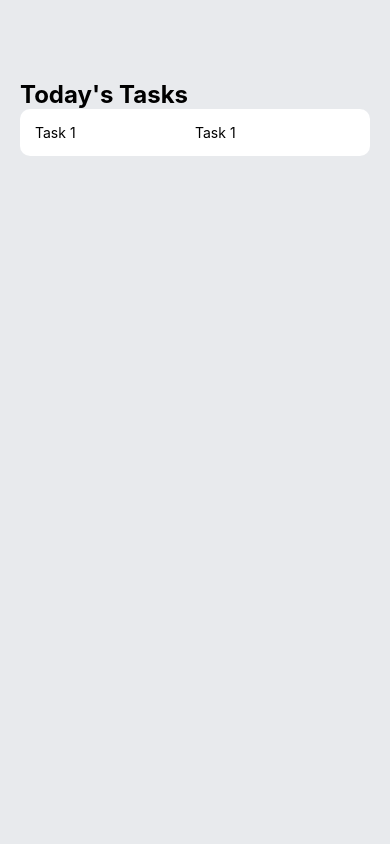
Repository: TakingJester766/React-Native-Example
Screen: /
An editor plug-in stored every save of this project. The screen is shown before and after the next save, followed by the edit.
The app was drawn by React Native's web renderer in a window 390 px wide. The project was rebuilt for these pictures with package versions that can differ from the ones it lists, and the page was loaded fresh each time.

Above is the screen before, as saved 2023-03-12 10:35:52.

After the next save:
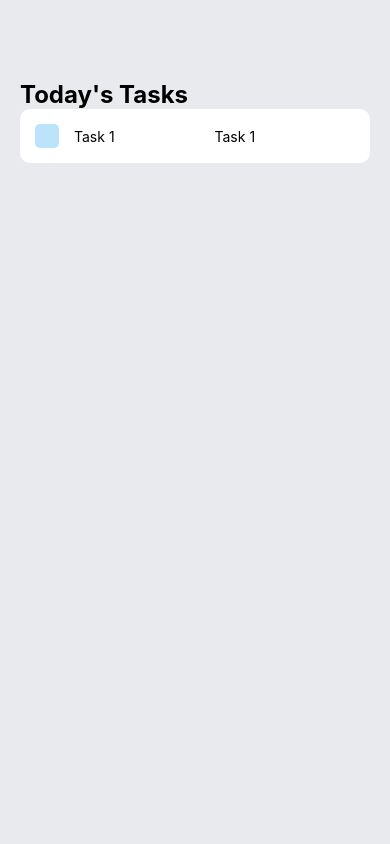
Saved 16 s later.
--- a/components/Task.js
+++ b/components/Task.js
@@ -33,7 +33,14 @@ const styles = StyleSheet.create({
         alignItems: 'center',
         flexWrap: 'wrap',
     },
-    square: {},
+    square: {
+        width: 24,
+        height: 24,
+        backgroundColor: '#55BCF6',
+        opacity: 0.4,
+        borderRadius: 5,
+        marginRight: 15,
+    },
     itemText: {},
     circular: {}
 });
